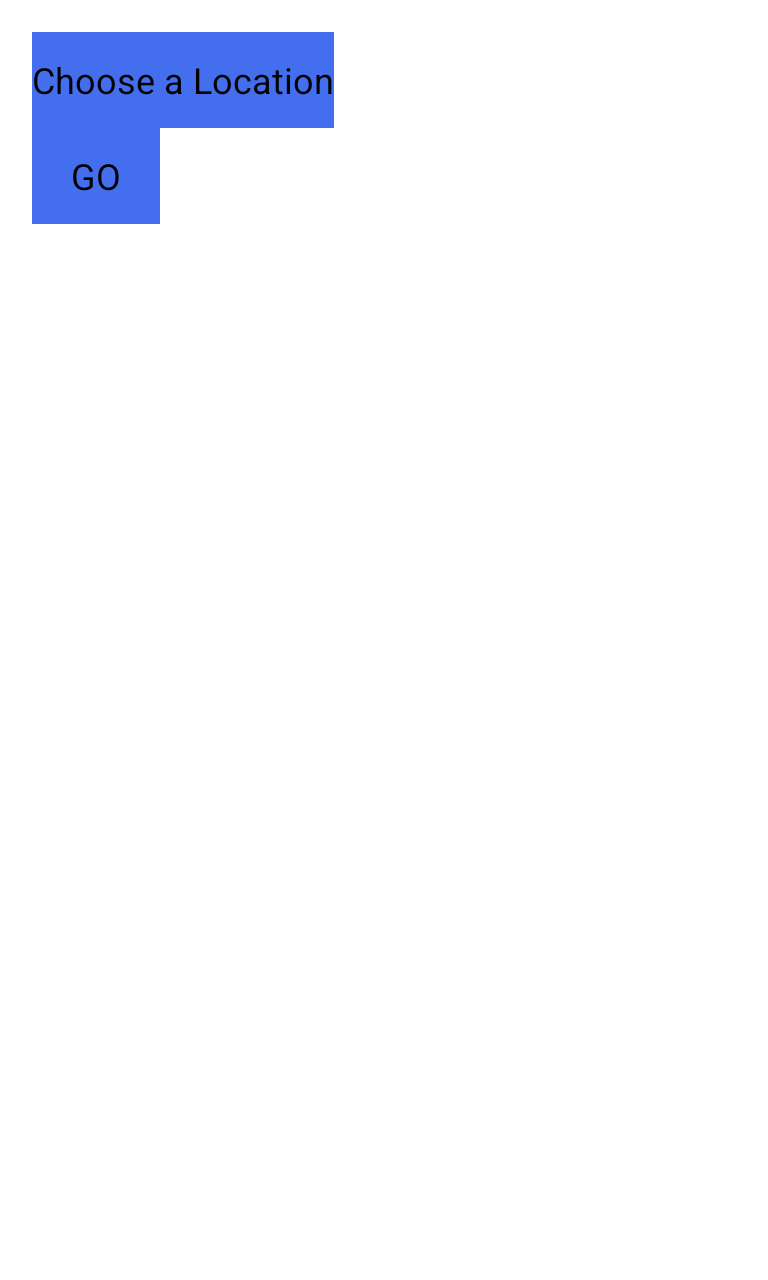
Repository: achyutreddy24/RunnerAndroidApp
Layout: Runner/res/layout/activity_main.xml
These files come from the project's save history. The layout is drawn as it stood at one moment and after the next save; the edit follows.
It is drawn on a 768 x 1280 px phone screen (xhdpi) without system bars, with theme AppTheme; the app's code is not run.

Above is the layout before, as saved 2014-10-12 06:32:25.

After the next save:
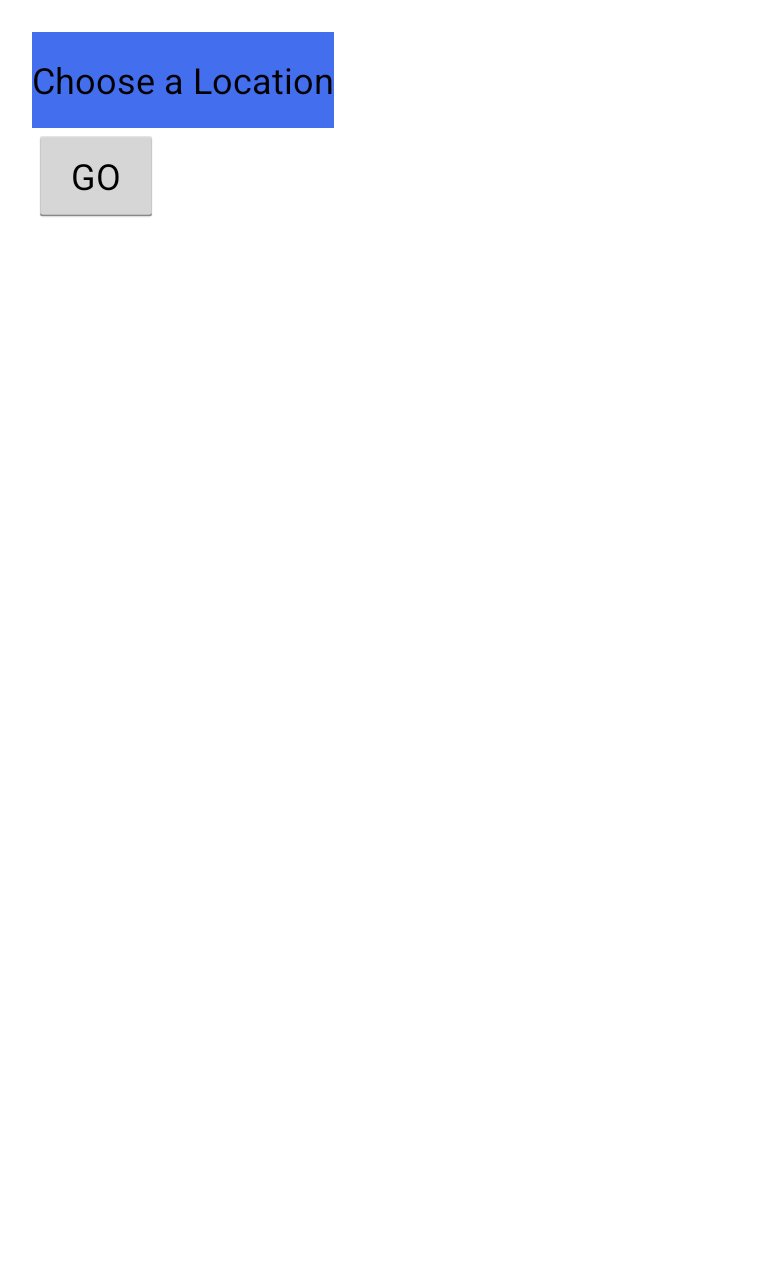
Saved 4 min 22 s later.
--- a/Runner/res/layout/activity_main.xml
+++ b/Runner/res/layout/activity_main.xml
@@ -27,7 +27,6 @@
         <Button
             android:layout_width="wrap_content"
             android:layout_height="wrap_content"
-            android:background="#436EEE"
             android:text="@string/button_GO" />
     </LinearLayout>
 
